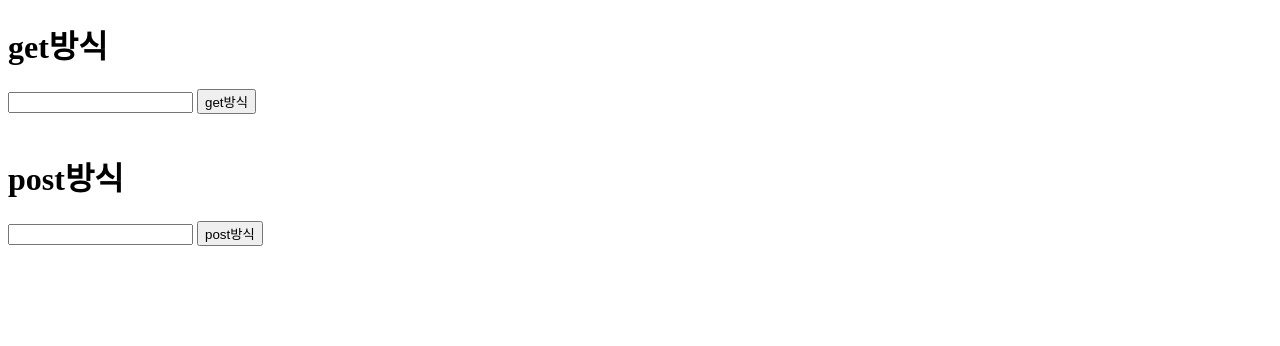
Repository: HeonchanKim/smhrd_jsp
Page: Servlet/src/main/webapp/ex04.html
These files come from the project's save history. The page is drawn as it stood at one moment and after the next save; the edit follows.
The browser window is 1280 px wide. The pictures show the whole page.

Above is the page before, as saved 2022-01-27 07:14:00.

After the next save:
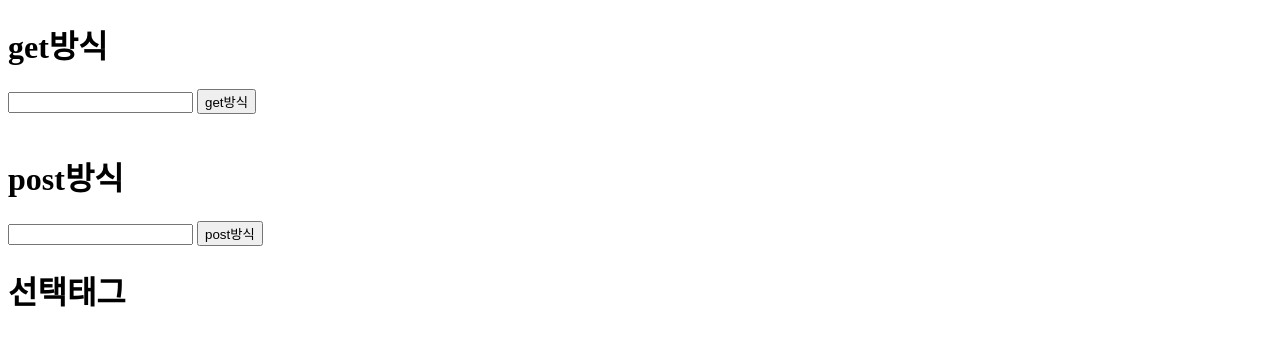
Saved 2 min 22 s later.
--- a/Servlet/src/main/webapp/ex04.html
+++ b/Servlet/src/main/webapp/ex04.html
@@ -28,5 +28,32 @@
 	</form>
 
 
+
+	<h1>선택태그</h1>
+	<form>
+
+	</form>
+
+
+
+
+
+
+
+
+
+
+
+
+
+
+
+
+
+
+
+
+
+
 </body>
 </html>
